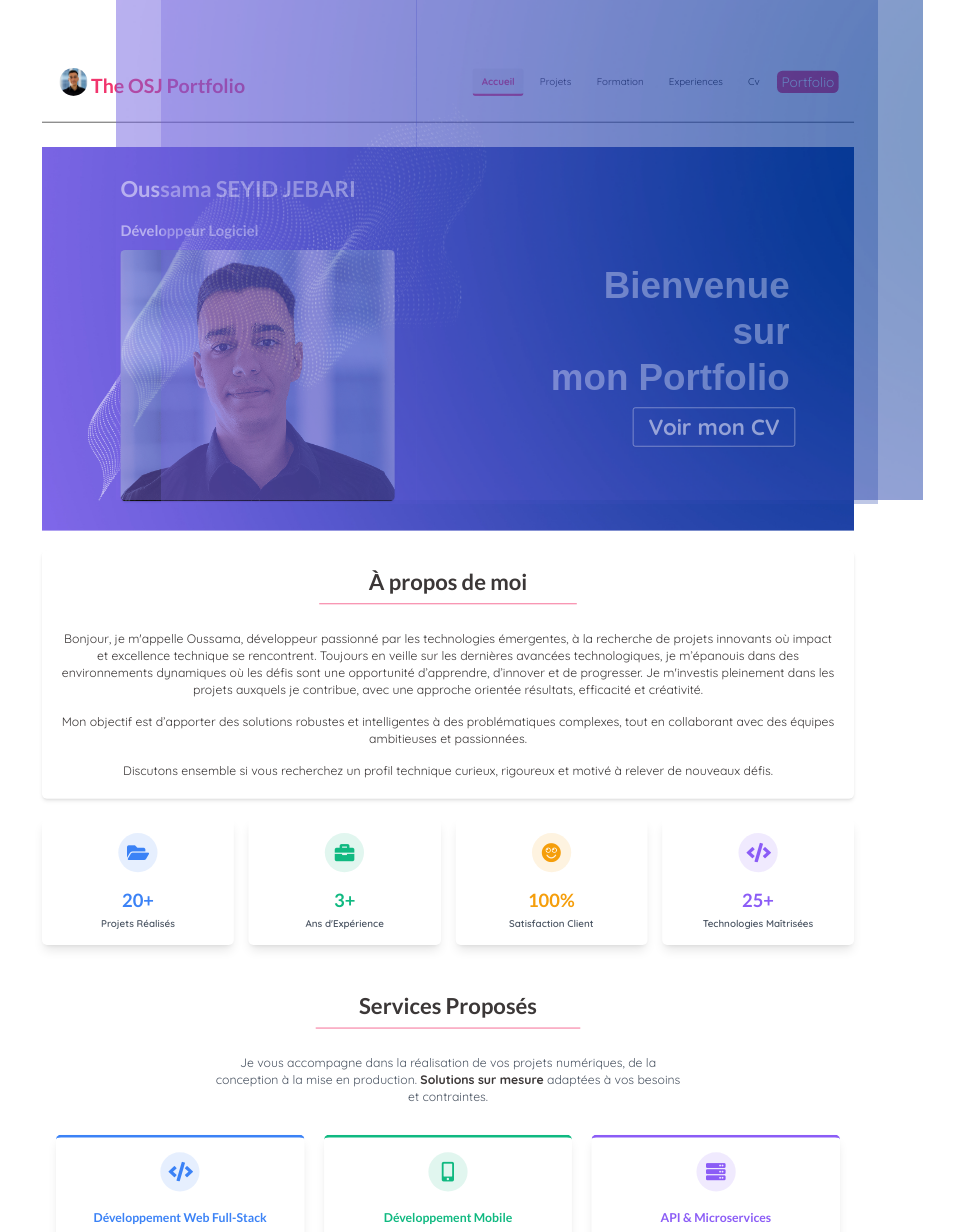
Repository: OussamSJ/Portfolio
Page: /
These files come from the project's save history. The page is drawn as it stood at one moment and after the next save; the edit follows.
The browser window is 1280 px wide. The page is 1382 px wide, so the pictures cover 1382 px, including what lies to the right of the window. The pictures show the part of the page from y = 0 to 1760 px (the page is 5165 px tall), at 70% of full size.
The project was rebuilt for these pictures with package versions that can differ from the ones it lists, and the page was loaded fresh each time. Also part of the build but not shown: src/Cv.js, src/Expcomponent.js, src/Experiences.js, src/FormationComponent.js, src/Formation.js, src/projets/ProjetComponent.js, src/Processus.js, src/projets/Projet.js and 5 more.

Above is the page before, as saved 2026-02-06 17:16:21.

After the next save:
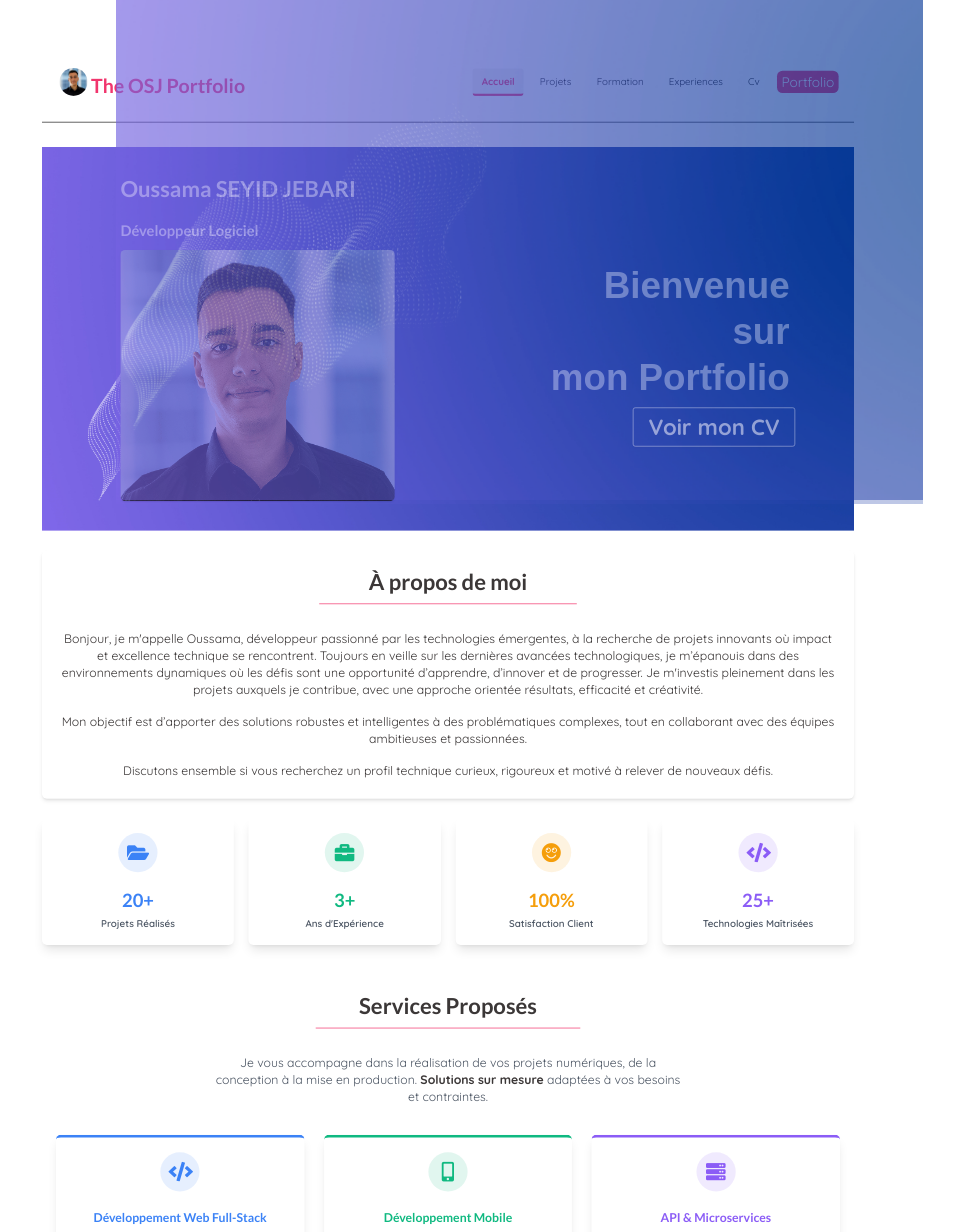
Saved 14 s later.
--- a/src/index.css
+++ b/src/index.css
@@ -137,7 +137,7 @@
 
 
 .couverture::before {
-  clip-path: inset(0 10% 0 10%);
+  clip-path: inset(0 5% 0 5%);
   animation: crtVerticalShake 0.18s steps(1) infinite;
   opacity: 0.3;
 }
